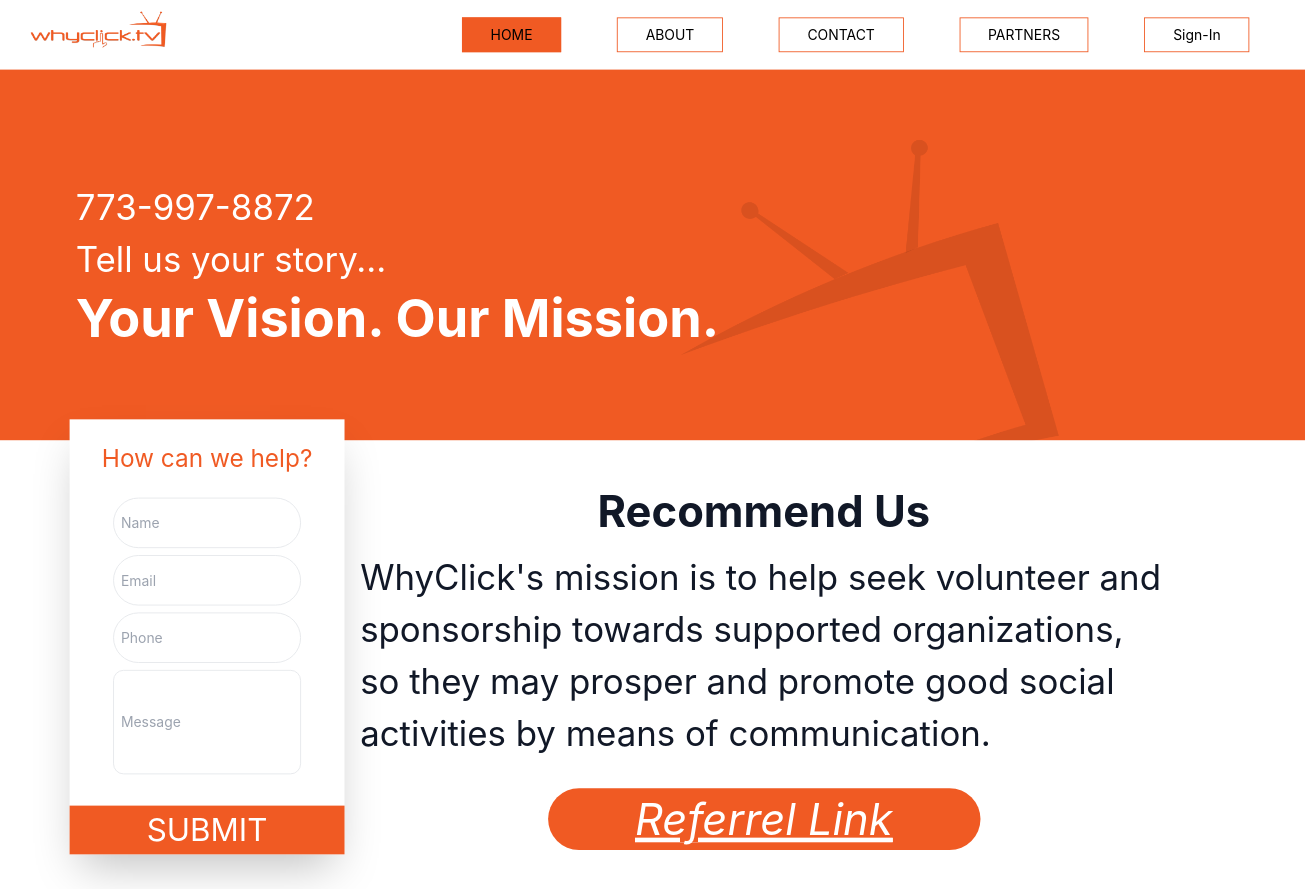
Repository: legenddev1202/whyclicktv
Page: /
The author's editor kept a copy of each file at every save. The page is drawn from the files as they stood at one save, then again after the next save.
The browser window is 1280 px wide. The page is 1500 px wide, so the pictures cover 1500 px, including what lies to the right of the window. The pictures show the whole page, at 87% of full size.
The project was rebuilt for these pictures with package versions that can differ from the ones it lists, and the page was loaded fresh each time. Also part of the build but not shown: src/App.css, src/pages/about.js, src/pages/contact.js, src/pages/partners.js, src/pages/referral.js.

Above is the page before, as saved 2022-04-12 08:01:37.

### public/index.html
<!DOCTYPE html>
<html lang="en">
  <head>
    <meta charset="utf-8" />
    <link rel="icon" href="%PUBLIC_URL%/favicon.ico" />
    <meta name="viewport" content="width=device-width, initial-scale=1" />
    <meta name="theme-color" content="#000000" />
    <meta name="description" content="why-click" />
    <link rel="apple-touch-icon" href="%PUBLIC_URL%/favicon.ico" />
    <!--
      manifest.json provides metadata used when your web app is installed on a
      user's mobile device or desktop. See https://developers.google.com/web/fundamentals/web-app-manifest/
    -->
    <link rel="manifest" href="%PUBLIC_URL%/manifest.json" />
    <!--
      Notice the use of %PUBLIC_URL% in the tags above.
      It will be replaced with the URL of the `public` folder during the build.
      Only files inside the `public` folder can be referenced from the HTML.

      Unlike "/favicon.ico" or "favicon.ico", "%PUBLIC_URL%/favicon.ico" will
      work correctly both with client-side routing and a non-root public URL.
      Learn how to configure a non-root public URL by running `npm run build`.
    -->
    <title>WhyClick.tv</title>
  </head>
  <body>
    <noscript>WhyClick.tv</noscript>
    <div id="root"></div>
    <!--
      This HTML file is a template.
      If you open it directly in the browser, you will see an empty page.

      You can add webfonts, meta tags, or analytics to this file.
      The build step will place the bundled scripts into the <body> tag.

      To begin the development, run `npm start` or `yarn start`.
      To create a production bundle, use `npm run build` or `yarn build`.
    -->
  </body>
</html>

### src/index.css
@tailwind base;
@tailwind components;
@tailwind utilities;

body {
  margin: 0;
  font-family: -apple-system, BlinkMacSystemFont, "Segoe UI", "Roboto", "Oxygen",
    "Ubuntu", "Cantarell", "Fira Sans", "Droid Sans", "Helvetica Neue",
    sans-serif;
  -webkit-font-smoothing: antialiased;
  -moz-osx-font-smoothing: grayscale;
  height: 100%;
  min-width: 1500px;
}

code {
  font-family: source-code-pro, Menlo, Monaco, Consolas, "Courier New",
    monospace;
}

input::placeholder {
  font-size: 50;
}

input::-moz-placeholder {
  font-size: 50;
}

input::-webkit-input-placeholder {
  font-size: 50;
}

### src/App.js
import { Routes, Route, Link } from "react-router-dom";
import "./App.css";
import Home from "./pages/home";
import About from "./pages/about";
import Contact from "./pages/contact";
import Partners from "./pages/partners";
import Referral from "./pages/referral";

function App() {
  return (
    <Routes>
      <Route path="/" element={<Home />} />
      <Route path="about" element={<About />} />
      <Route path="contact" element={<Contact />} />
      <Route path="partners" element={<Partners />} />
      <Route path="referrel" element={<Referral />} />
    </Routes>
  );
}

export default App;

### src/pages/home.js
import React from "react";
import { Routes, Route, Link } from "react-router-dom";

function Home() {
  return (
    <>
      <div className="bg-transparent w-full h-20 flex items-center px-8 justify-between">
        <div className="h-20">
          <img
            className="logo-icon h-full"
            src="assets/images/logos/logo.svg"
            alt="logo"
          />
        </div>
        <div className="">
          <button
            className="h-10 px-8 mx-8 border"
            style={{ borderColor: "#F05A23", backgroundColor: "#F05A23" }}
          >
            <Link to="/">HOME</Link>
          </button>
          <button
            className="h-10 px-8 mx-8 border"
            style={{ borderColor: "#F05A23" }}
          >
            <Link to="/about">ABOUT</Link>
          </button>
          <button
            className="h-10 px-8 mx-8 border"
            style={{ borderColor: "#F05A23" }}
          >
            <Link to="/contact">CONTACT</Link>
          </button>
          <button
            className="h-10 px-8 mx-8 border"
            style={{ borderColor: "#F05A23" }}
          >
            <Link to="/partners">PARTNERS</Link>
          </button>
          <button
            className="h-10 px-8 mx-8 border"
            style={{ borderColor: "#F05A23" }}
          >
            <Link to="/partners">Sign-In</Link>
          </button>
        </div>
      </div>
      <div className="h-full w-full">
        <div
          className="relative overflow-hidden"
          style={{ backgroundColor: "#F05A23", height: "426px" }}
        >
          <img
            className="logo-icon h-full absolute -bottom-20"
            style={{ right: "279px" }}
            src="assets/images/logos/tv-logo.png"
            alt="logo"
          />
          <div style={{ padding: "145px 0 0 87px" }}>
            <div className="text-lg text-white" style={{ fontSize: 40 }}>
              773-997-8872
            </div>
            <div className="text-lg text-white pt-8" style={{ fontSize: 40 }}>
              Tell us your story...
            </div>
            <div
              className="text-4xl font-bold text-white pt-8"
              style={{ fontSize: 60 }}
            >
              Your Vision. Our Mission.
            </div>
          </div>
        </div>
      </div>
      <div
        className="w-full p-8 pl-72 flex flex-col items-center justify-center relative"
        style={{ height: 516 }}
      >
        <div className="font-bold text-gray-900" style={{ fontSize: 50 }}>
          Recommend Us
        </div>
        <div
          className="text-2xl pt-2  text-gray-900"
          style={{ maxWidth: 928, fontSize: 40, lineHeight: 1.5 }}
        >
          WhyClick's mission is to help seek volunteer and sponsorship towards
          supported organizations, so they may prosper and promote good social
          activities by means of communication.
        </div>
        <button
          className="rounded-full italic p-2 px-20 text-white underline text-xl mt-8"
          style={{
            backgroundColor: "#F05A23",
            fontSize: 50,
            width: 497,
            height: 71,
          }}
        >
          <Link to="/referrel">Referrel Link</Link>
        </button>
        <div
          className="bg-white shadow-2xl absolute left-20 flex flex-col items-center"
          style={{ width: "316px", height: "500px", top: -24 }}
        >
          <div className="pt-6" style={{ color: "#F05A23", fontSize: 28 }}>
            How can we help?
          </div>
          <div style={{ marginTop: 24 }}>
            <input
              className="border rounded-full w-full h-12 px-2"
              style={{ width: 216, height: 58 }}
              placeholder="Name"
            ></input>
          </div>
          <div className="pt-2">
            <input
              className="border rounded-full w-full h-12 px-2"
              style={{ width: 216, height: 58 }}
              placeholder="Email"
            ></input>
          </div>
          <div className="pt-2">
            <input
              className="border rounded-full w-full h-12 px-2"
              style={{ width: 216, height: 58 }}
              placeholder="Phone"
            ></input>
          </div>
          <div className="pt-2">
            <input
              className="border rounded-xl w-full h-24 px-2"
              style={{ width: 216, height: 120 }}
              placeholder="Message"
            ></input>
          </div>
          <button
            className="w-full h-14 flex items-center justify-center text-white absolute bottom-0"
            style={{ backgroundColor: "#F05A23", fontSize: 36 }}
          >
            SUBMIT
          </button>
        </div>
      </div>
    </>
  );
}
export default Home;

Loaded but not shown: src/index.js (common file); src/reportWebVitals.js (common file); tailwind.config.js (common file)

After the next save:
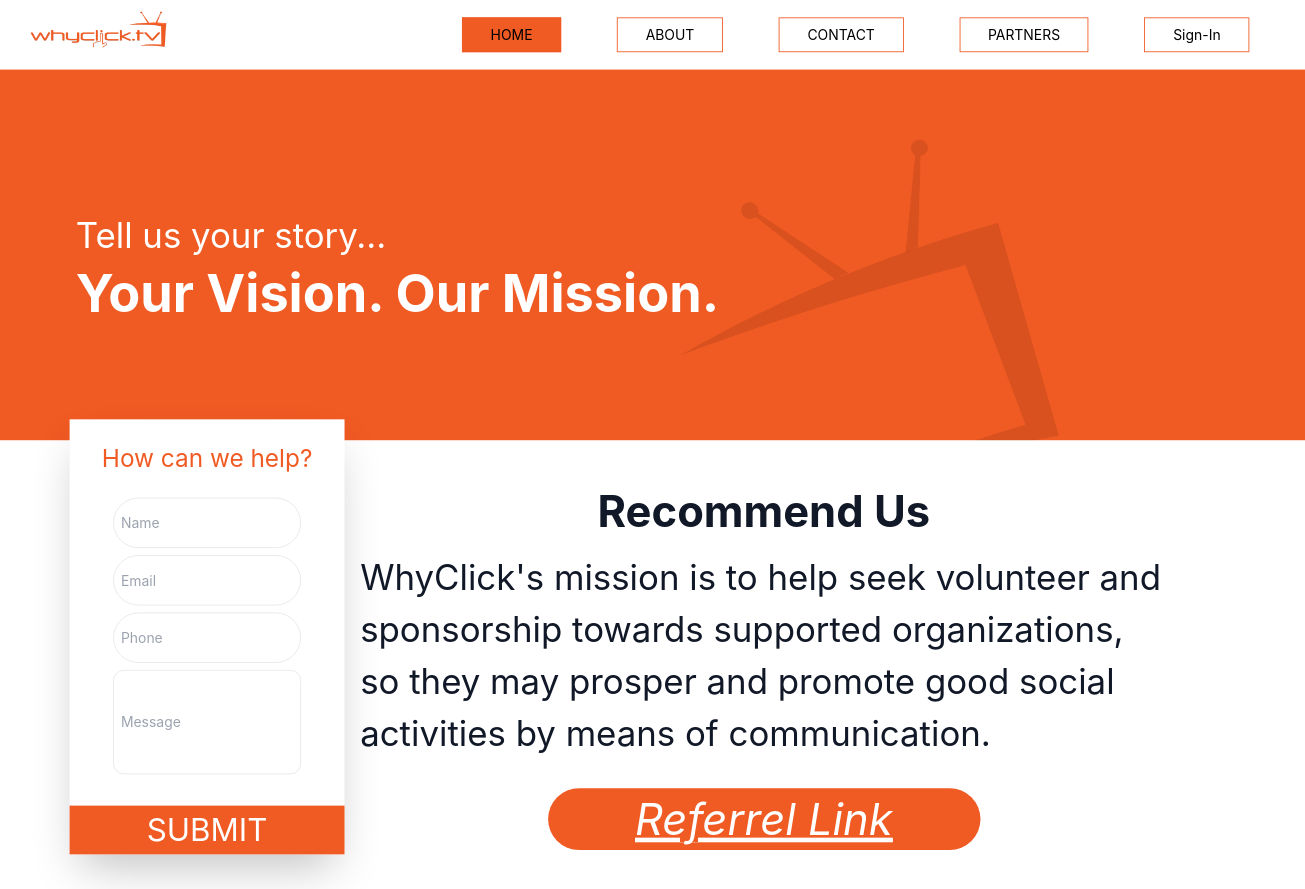
Saved 18 s later.
--- a/src/pages/home.js
+++ b/src/pages/home.js
@@ -41,7 +41,7 @@ function Home() {
             className="h-10 px-8 mx-8 border"
             style={{ borderColor: "#F05A23" }}
           >
-            <Link to="/partners">Sign-In</Link>
+            <Link to="/signin">Sign-In</Link>
           </button>
         </div>
       </div>
@@ -57,9 +57,9 @@ function Home() {
             alt="logo"
           />
           <div style={{ padding: "145px 0 0 87px" }}>
-            <div className="text-lg text-white" style={{ fontSize: 40 }}>
+            {/* <div className="text-lg text-white" style={{ fontSize: 40 }}>
               773-997-8872
-            </div>
+            </div> */}
             <div className="text-lg text-white pt-8" style={{ fontSize: 40 }}>
               Tell us your story...
             </div>
